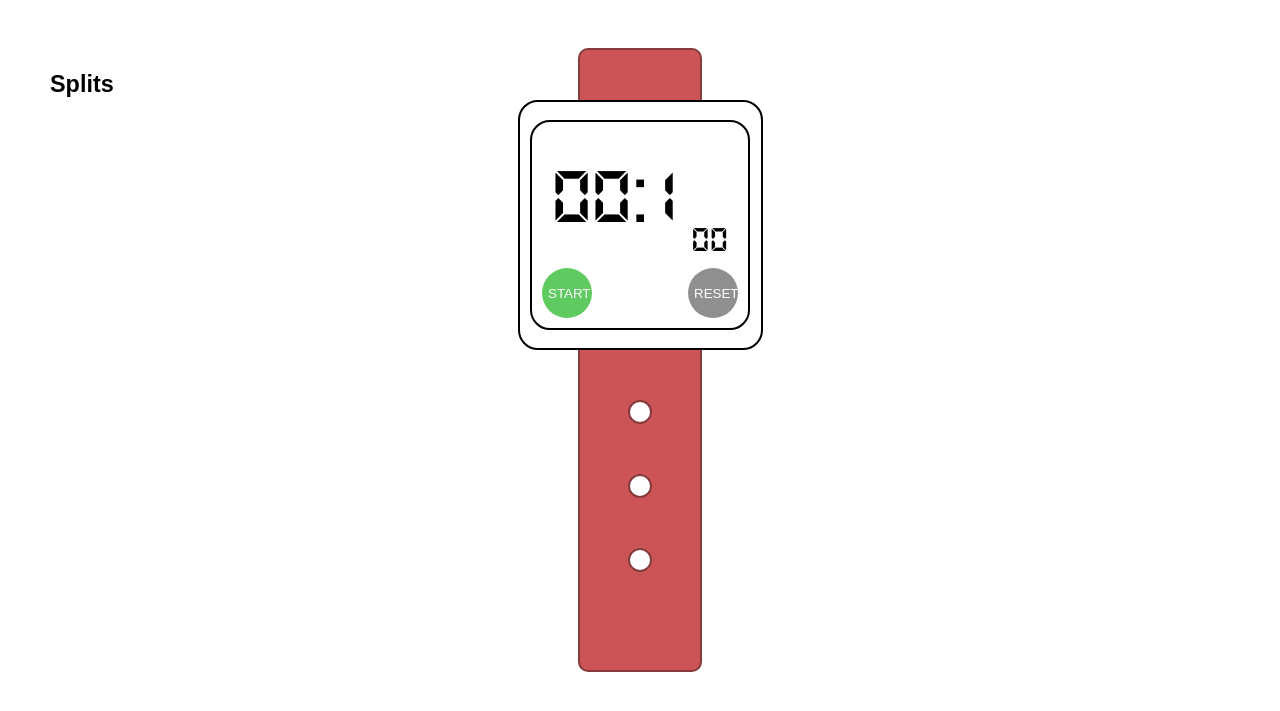
Repository: konstantin0s/lab-chronometer
Page: index.html
The author's editor kept a copy of each file at every save. The page is drawn from the files as they stood at one save, then again after the next save.
The browser window is 1280 px wide. The pictures show the whole page.
After loading, the first visible `#btnLeft` was clicked once.

Above is the page before, as saved 2019-02-04 19:56:29.

### index.html
<!DOCTYPE html>
<html lang="en">
<head>
  <meta charset="UTF-8">
  <meta name="viewport" content="width=device-width, initial-scale=1.0">
  <meta http-equiv="X-UA-Compatible" content="ie=edge">
  <title>Chronometer</title>
  <link rel="stylesheet" href="stylesheets/styles.css">
</head>
<body>

  <section id="splits-container">
    <h3>Splits</h3>
    <ol id="splits">
    </ol>
  </section>

  <div class="leash leash-top"></div>

  <section id="clock">
    <div id="sphere">
      <span id="minDec" class="number">0</span><span id="minUni" class="number">0</span><span>:</span><span id="secDec" class="number">0</span><span id="secUni" class="number"></span>

      <div id="milliseconds">
        <span id="milDec">0</span><span id="milUni">0</span>
      </div>

      <button id="btnLeft" class="btn start">START</button> <button id="btnRight" class="btn reset">RESET</button>
    </div>
  </section>

  <div class="leash leash-bottom">
    <div class="hole"></div>
    <div class="hole"></div>
    <div class="hole"></div>
  </div>


  <!-- <script src="javascripts/utils.js"></script>
  <script src="javascripts/chronometer.js"></script>
  <script src="javascripts/main.js"></script> -->
  <script src="javascript/chronometer.js"></script>
  <script src="javascript/main.js"></script>
</body>
</html>

### stylesheets/styles.css
@font-face {
  font-family: "Digi";
  src: url("fonts/ds-digib.ttf");
}

body {
  font-family: Arial;
  font-size: 80px;
  font-weight: bold;
  padding: 40px 0;
}

#clock {
  border: 2px solid #000;
  border-radius: 20px;
  box-sizing: border-box;
  height: 250px;
  margin: 0 auto;
  padding: 18px 0;
  width: 245px;
}

#sphere {
  border: 2px solid #000;
  border-radius: 20px;
  box-sizing: border-box;
  font-family: "Digi";
  font-size: 80px;
  height: 210px;
  margin: 0 auto;
  padding: 35px 0;
  position: relative;
  text-align: center;
  width: 220px;
}

#splits-container {
  font-size: 20px;
  font-weight: 100;
  position: absolute;
  left: 50px;
}

#splits-container li {
  padding-bottom: 5px;
  text-align: right;
}

#milliseconds {
  font-size: 36px;
  margin-top: -15px;
  position: absolute;
  right: 20px;
}

.leash {
  background: rgb(204, 84, 87);
  border: 2px solid rgb(134, 59, 61);
  height: 50px;
  margin: 0 auto;
  width: 120px;
}

.leash-top {
  border-bottom: 0;
  border-top-left-radius: 10px;
  border-top-right-radius: 10px;
}

.leash-bottom {
  border-bottom-left-radius: 10px;
  border-bottom-right-radius: 10px;
  border-top: 0;
  height: 270px;
  padding-top: 50px;
}

.hole {
  background: #fff;
  border: 2px solid rgb(134, 59, 61);
  border-radius: 100%;
  height: 20px;
  margin: 0 auto 50px;
  width: 20px;
}

.number {
  display: inline-block;
  width: 40px;
}

.btn {
  border: 0;
  border-radius: 100%;
  bottom: 10px;
  color: #fff;
  cursor: pointer;
  height: 50px;
  outline: 0;
  position: absolute;
  width: 50px;
}

.btn.start,
.btn.stop {
  left: 10px;
}

.btn.reset,
.btn.split {
  right: 10px;
}

.btn.start { background: #5fca5f; }
.btn.stop  { background: #f14949; }
.btn.reset { background: #908e8e; }
.btn.split { background: #0851ab; }

### javascript/chronometer.js

// var time = 0;
// var running = 0;

// function startPause() {
//   if (running == 0) {
//     running = 1;
//     increment();
//     document.getElementById("startPause").innerHTML = "Pause";
//   } else {
//     running = 0;
//     document.getElementById("startPause").innerHTML = "Resume";
//   }
// }

// function reset() {
//   running = 0;
//   time = 0;
//   document.getElementById("startPause").innerHTML = "Start";
// }

// function increment() {
//   if (running == 1) {
//    setTimeout(function() {
//     time++;
//     var seconds = Math.floor(time/10/60);
//     var minutes = Math.floor(time/10/60);
//      var tenth = time % 10;
//      if (minutes < 10); {
//        minutes = "0" + minutes;
//      }  if (seconds < 10);
//     seconds = "0" + seconds;
//     increment();
//   document.getElementById("output").innerHTML = minutes + ":" + seconds + ":" + "0" + tenth;

//    }, 100);
//   }
//   }

// function startPause() {
//   if (running == 0) {
//     running = 1;
//     increment();
//     document.getElementById("startPause").innerHTML = "Pause";
//   } else {
//     running = 0;
//     document.getElementById("startPause").innerHTML = "Resume";
//   }
// }


// function timer() {
//   currentTime = setTimeout(start, 1000);
// }
// timer();

// function start() {
//   seconds++;
//   if (seconds >= 60) {
//     seconds = 0;
//     minutes++;
//     if (minutes >= 20) {
//         minutes = 0;
//     }
//   }
// }


// // Constructor
// function Chronometer() {

// this.currentTime = 0;
// this.intervalId = currentTime;

// }

// // The setInterval will be assigned to our intervalId property,
// //  this way we will be able to clear it later on.

// Chronometer.prototype.startClick = function () {
//     // this.startClick = function() {
//     // var seconds = 0;
//     currentTime = setInterval(function(){
//     currentTime++; }, 1000);

//     //  }

//     // console.log(seconds);
// };

// Chronometer.prototype.setMinutes = function () {

// };

// Chronometer.prototype.setSeconds = function () {

// };

// Chronometer.prototype.twoDigitsNumber = function () {

// };

// Chronometer.prototype.setTime = function () {

// };

// Chronometer.prototype.setMilliseconds = function () {

// };

// Chronometer.prototype.stopClick = function () {

// };

// Chronometer.prototype.resetClick = function () {

// };

// Chronometer.prototype.splitClick = function () {

// };

### javascript/main.js
// // var chronometer = new Chronometer();
var btnLeft     = document.getElementById('btnLeft');
var btnRight    = document.getElementById('btnRight');
// var minDec      = document.getElementById('minDec');
// var minUni      = document.getElementById('minUni');
var secDec      = document.getElementById('secDec');
// var secUni      = document.getElementById('secUni');
// var milDec      = document.getElementById('milDec');
// var milUni      = document.getElementById('milUni');

var currentTime = 0;
var intervalId = -1;
var minutes = Math.floor((minutes % (1000 * 60 * 60)) / (1000 * 60));
var seconds = Math.floor((seconds % (1000 * 60)) / 1000);


// function startPause() {
//   if (running == 0) {
//     running = 1;
//     increment();
//     document.getElementById("startPause").innerHTML = "Pause";
//   } else {
//     running = 0;
//     document.getElementById("startPause").innerHTML = "Resume";
//   }
// }



btnLeft.addEventListener("click", function(event) {
  if (intervalId == -1) { //start if pause
    intervalId = setInterval(function() {
      currentTime++;
      secDec.innerHTML = currentTime;
      console.log(currentTime);
      btnLeft.innerHTML = "START";
    }, 1000);
  } else { //pause if started
      clearInterval(intervalId);
      intervalId = -1;
      btnLeft.innerHTML = "PAUSE";
  }

});

function reset() {
  // minDec = 0;
  // minSec = 0;
  // minUni = 0;
  // secUni = 0;
  // milDec = 0;
  // milUni = 0;
  clearInterval(intervalId);
  btnLeft.innerHTML = "START";
}

btnRight.addEventListener("click", function() {
  // clearInterval(intervalId);
   reset();
})



// function printTime() {

// }

// function printMinutes() {

// }

// function printSeconds() {

// }

// function printMilliseconds() {

// }

// function printSplit() {

// }

// function clearSplits() {

// }

// function setStopBtn() {

// }

// function setSplitBtn() {

// }

// function setStartBtn() {

// }

// function setResetBtn() {

// }

// // Start/Stop Button
// btnLeft.addEventListener('click', function () {

// });

// // Reset/Split Button
// btnRight.addEventListener('click', function () {

// });

After the next save:
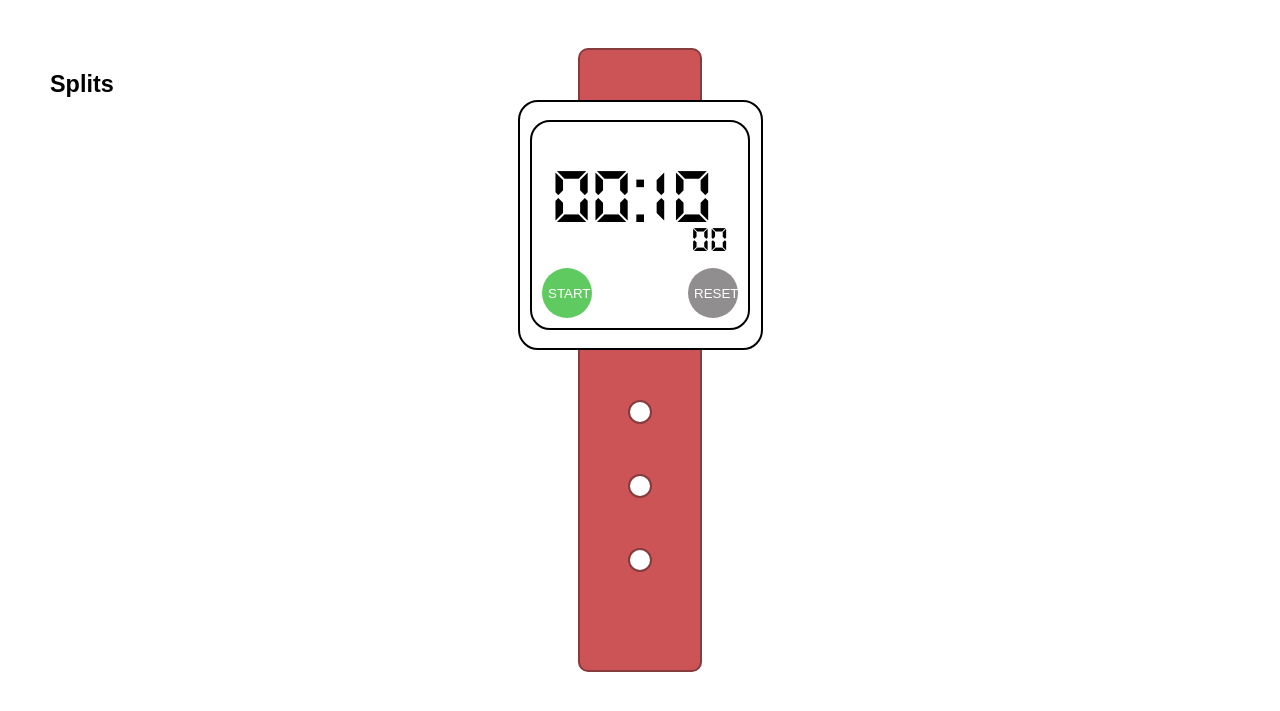
Saved 34 s later.
--- a/javascript/main.js
+++ b/javascript/main.js
@@ -31,7 +31,7 @@ btnLeft.addEventListener("click", function(event) {
   if (intervalId == -1) { //start if pause
     intervalId = setInterval(function() {
       currentTime++;
-      secDec.innerHTML = currentTime;
+      secDec.innerHTML = currentTime + "0";
       console.log(currentTime);
       btnLeft.innerHTML = "START";
     }, 1000);
